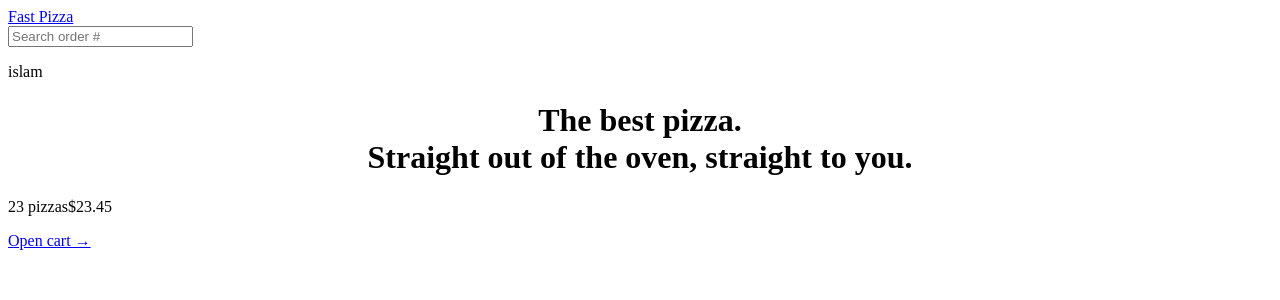
Repository: islamsaeedDev/ecommerce-cash-on-deliver-pizza-store
Page: /
These files come from the project's save history. The page is drawn as it stood at one moment and after the next save; the edit follows.
The browser window is 1280 px wide. The pictures show the whole page.
The project was rebuilt for these pictures with package versions that can differ from the ones it lists, and the page was loaded fresh each time. Also part of the build but not shown: vite.config.js, src/ui/Error.jsx, src/services/apiRestaurant.js, src/utils/helpers.js, src/features/menu/MenuItem.jsx, src/features/menu/Menu.jsx, src/features/cart/Cart.jsx, src/features/order/Order.jsx and 1 more. Imported but missing from the stored project, and not drawn on this page: src/features/order/CreateOrder.

Above is the page before, as saved 2025-10-22 04:25:02.

After the next save:
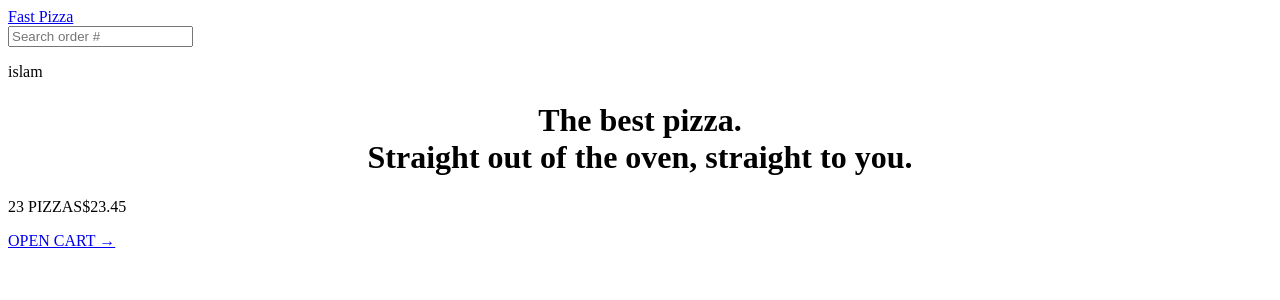
Saved 43 s later.
--- a/src/features/cart/CartOverview.jsx
+++ b/src/features/cart/CartOverview.jsx
@@ -2,7 +2,7 @@ import { Link } from 'react-router-dom';
 
 function CartOverview() {
   return (
-    <div className="bg-stone-800 p-4">
+    <div className="bg-stone-800 p-4 uppercase">
       <p className="font-semibold text-stone-300">
         <span>23 pizzas</span>
         <span>$23.45</span>
